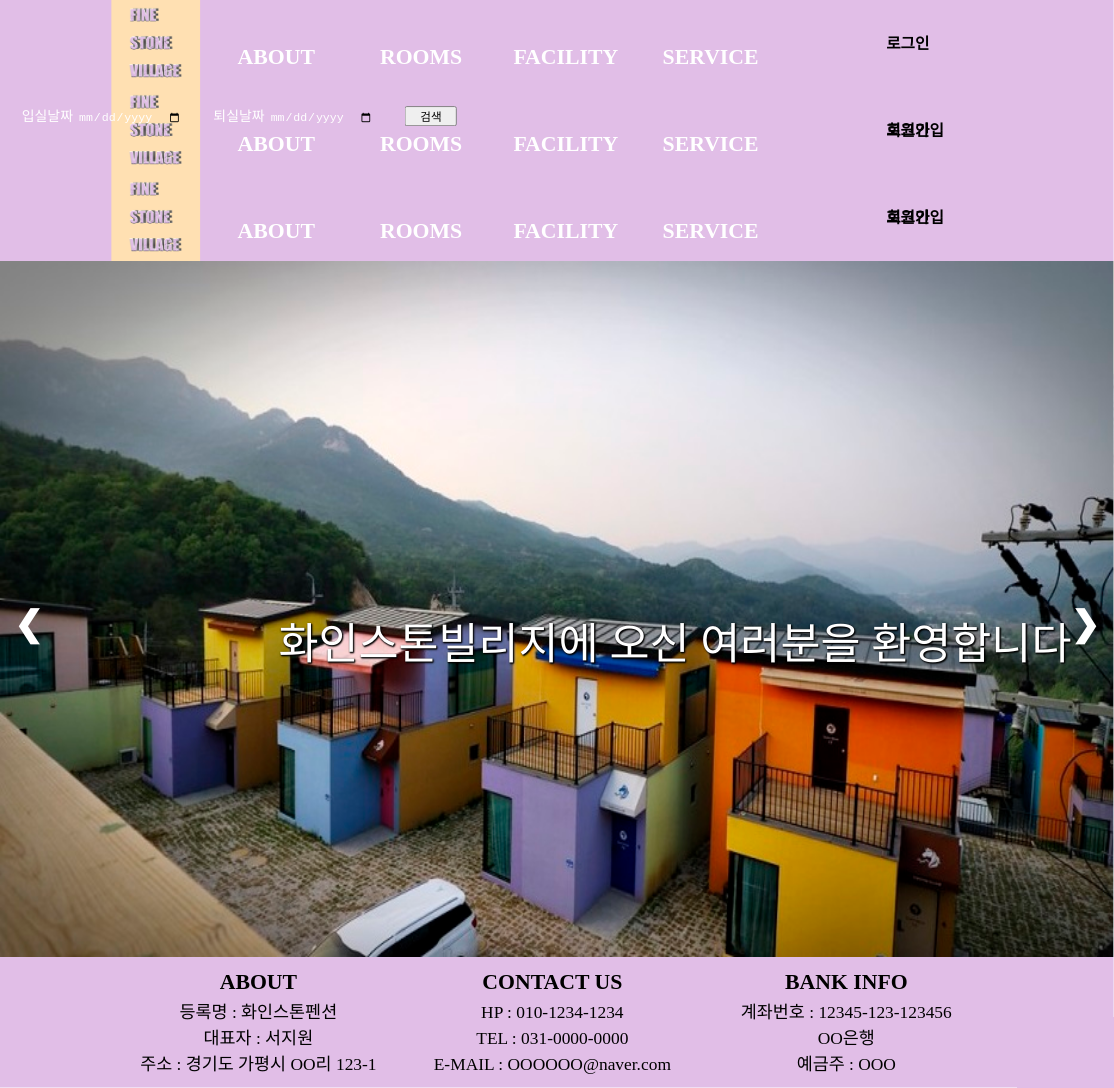
Repository: yoonjaesub/-pensionProject
Page: http://localhost/pension_project/index
The author's editor kept a copy of each file at every save. The page is drawn from the files as they stood at one save, then again after the next save.
The browser window is 1280 px wide. The pictures show the whole page, at 87% of full size.
The page is served by Tomcat 9.

Above is the page before, as saved 2021-01-13 13:45:30.

After the next save:
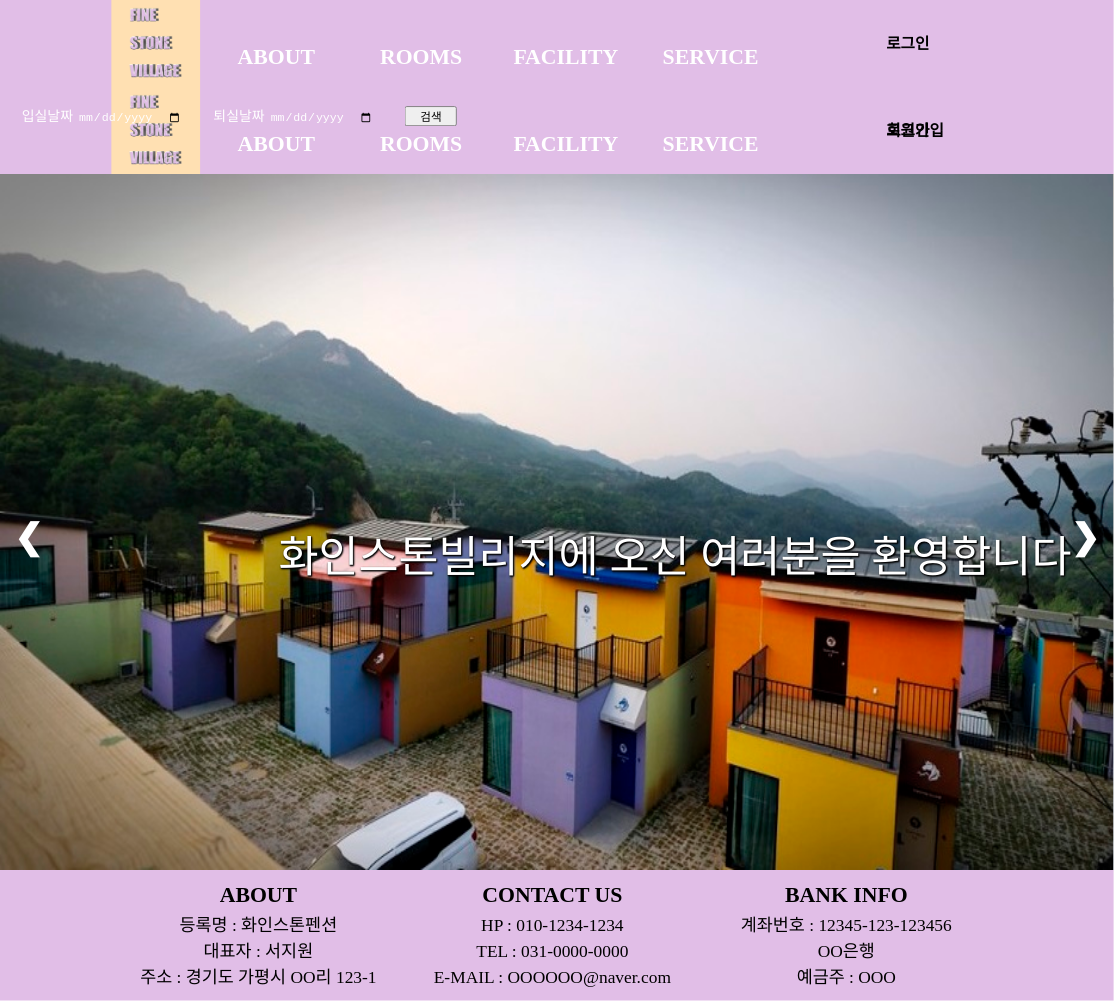
Saved 26 s later.
--- a/Project_content/pension_project/src/main/webapp/WEB-INF/views/index.jsp
+++ b/Project_content/pension_project/src/main/webapp/WEB-INF/views/index.jsp
@@ -16,24 +16,6 @@
 </head>
 <body>
 <%@ include file="header.jsp"%>
-    <div class="wrap">
-        <div class="header">
-            <div class="hd_wrap">
-                <a href="index.jsp" class="logo"><img src="./img/O_fine_logo.png" alt="로고"></a>
-                <nav class="gnb">
-                    <ul>
-                        <li><a href="about.jsp">ABOUT</a></li>
-                        <li><a href="#">ROOMS</a></li>
-                        <li><a href="facility.jsp">FACILITY</a></li>
-                        <li><a href="#">SERVICE</a></li>
-                    </ul>
-                </nav>
-                <div class="login_box">
-                    <a href="login.jsp">로그인</a>
-                    <a href="login.jsp">회원가입</a>
-                </div>
-            </div>
-        </div>
 <script>
 $(function(){
     var img;
